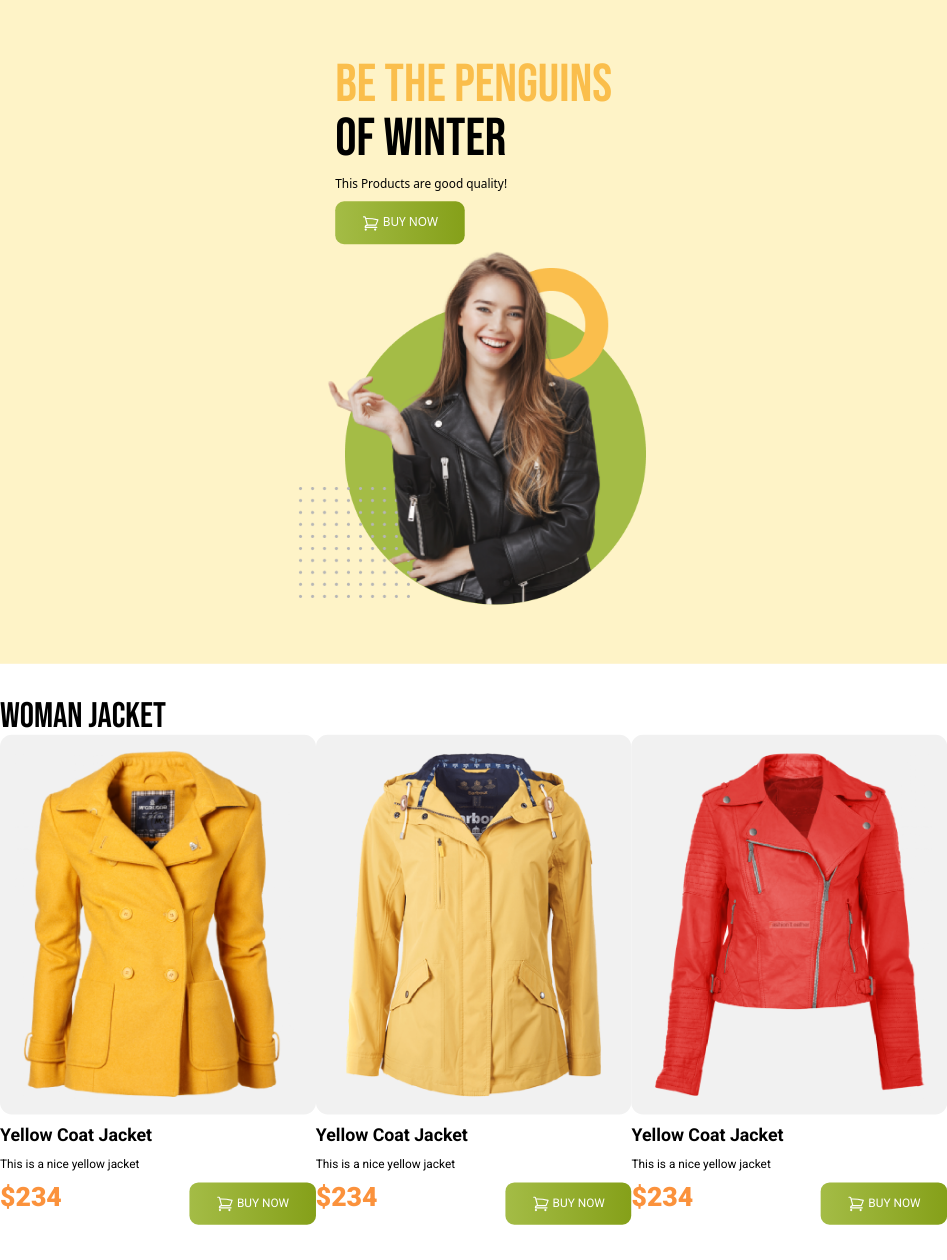
Repository: SyeadaSakina/Penguins-fashion
Page: index.html
The author's editor kept a copy of each file at every save. The page is drawn from the files as they stood at one save, then again after the next save.
The browser window is 1280 px wide. The pictures show the whole page, at 74% of full size.
Some web libraries are served in a nearby version.

Above is the page before, as saved 2023-07-22 14:58:02.

### index.html
<!DOCTYPE html>
<html lang="en">

<head>
    <meta charset="UTF-8">
    <meta name="viewport" content="width=device-width, initial-scale=1.0">
    <title>Penguin Fashion</title>
    <script src="https://cdn.tailwindcss.com"></script>
    <!-- Bebas nue -->
    <link rel="preconnect" href="https://fonts.googleapis.com">
    <link rel="preconnect" href="https://fonts.gstatic.com" crossorigin>
    <link href="https://fonts.googleapis.com/css2?family=Bebas+Neue&display=swap" rel="stylesheet">
    <!-- Roboto -->
    <link rel="preconnect" href="https://fonts.googleapis.com">
    <link rel="preconnect" href="https://fonts.gstatic.com" crossorigin>
    <link href="https://fonts.googleapis.com/css2?family=Roboto:wght@400;700;900&display=swap" rel="stylesheet">
    <style>
        .font-bebas {
            font-family: 'Bebas Neue', sans-serif;
        }

        .font-roboto {
            font-family: 'Roboto', sans-serif;
        }
    </style>
</head>

<body>
    <header class="bg-amber-100 px-32 py-4 md:py-20">
        <!-- nav section -->
        <nav>

        </nav>

        <!-- banner section -->
        <div class="flex flex-col md:flex:row justify-between items-center">
            <div class="space-y-3">
                <h1 class="text-7xl uppercase font-bebas"> <span class="text-[#FABE4C]">Be the Penguins</span>
                    <br> of Winter
                </h1>
                <p>
                    This Products are good quality!
                </p>
                <button
                    class="py-4 px-9 bg-gradient-to-r from-[#A4BC46] to-[#85A019] rounded-xl uppercase text-white font-medium">
                    <svg xmlns="http://www.w3.org/2000/svg" fill="none" viewBox="0 0 24 24" stroke-width="1.5"
                        stroke="currentColor" class="w-6 h-6 inline">
                        <path stroke-linecap="round" stroke-linejoin="round"
                            d="M2.25 3h1.386c.51 0 .955.343 1.087.835l.383 1.437M7.5 14.25a3 3 0 00-3 3h15.75m-12.75-3h11.218c1.121-2.3 2.1-4.684 2.924-7.138a60.114 60.114 0 00-16.536-1.84M7.5 14.25L5.106 5.272M6 20.25a.75.75 0 11-1.5 0 .75.75 0 011.5 0zm12.75 0a.75.75 0 11-1.5 0 .75.75 0 011.5 0z" />
                    </svg>
                    Buy Now</button>
            </div>
            <div>
                <img src="images/model.png" alt="Image of a model">
            </div>
        </div>

    </header>
    <main class="max-w-7xl mx-auto">
        <!-- woman jacket sect -->
        <section class="py-12">
            <h3 class="text-5xl font-bebas">Woman Jacket</h3>

            <!-- jackets container -->
            <div class="grid grid-cols-3 font-roboto">
                <!-- jacket 1 -->
                <div class="space-y-3">
                    <div class="bg-[#F1F1F1] p-5 rounded-2xl">
                        <img src="images/jacket-1.png" alt="Image Jacket 1">
                    </div>
                    <h4 class="text-2xl font-bold">Yellow Coat Jacket</h4>
                    <p>
                        This is a nice yellow jacket
                    </p>
                    <div class="flex justify-between">
                        <h3 class="text-4xl font-black text-orange-400">$234</h3>
                        <button
                            class="py-4 px-9 bg-gradient-to-r from-[#A4BC46] to-[#85A019] rounded-xl uppercase text-white font-medium">
                            <svg xmlns="http://www.w3.org/2000/svg" fill="none" viewBox="0 0 24 24" stroke-width="1.5"
                                stroke="currentColor" class="w-6 h-6 inline">
                                <path stroke-linecap="round" stroke-linejoin="round"
                                    d="M2.25 3h1.386c.51 0 .955.343 1.087.835l.383 1.437M7.5 14.25a3 3 0 00-3 3h15.75m-12.75-3h11.218c1.121-2.3 2.1-4.684 2.924-7.138a60.114 60.114 0 00-16.536-1.84M7.5 14.25L5.106 5.272M6 20.25a.75.75 0 11-1.5 0 .75.75 0 011.5 0zm12.75 0a.75.75 0 11-1.5 0 .75.75 0 011.5 0z" />
                            </svg>
                            Buy Now</button>
                    </div>
                </div>
                <!-- jacket 2 -->
                <div class="space-y-3">
                    <div class="bg-[#F1F1F1] p-5 rounded-2xl">
                        <img src="images/jacket-2.png" alt="Image Jacket 1">
                    </div>
                    <h4 class="text-2xl font-bold">Yellow Coat Jacket</h4>
                    <p>
                        This is a nice yellow jacket
                    </p>
                    <div class="flex justify-between">
                        <h3 class="text-4xl font-black text-orange-400">$234</h3>
                        <button
                            class="py-4 px-9 bg-gradient-to-r from-[#A4BC46] to-[#85A019] rounded-xl uppercase text-white font-medium">
                            <svg xmlns="http://www.w3.org/2000/svg" fill="none" viewBox="0 0 24 24" stroke-width="1.5"
                                stroke="currentColor" class="w-6 h-6 inline">
                                <path stroke-linecap="round" stroke-linejoin="round"
                                    d="M2.25 3h1.386c.51 0 .955.343 1.087.835l.383 1.437M7.5 14.25a3 3 0 00-3 3h15.75m-12.75-3h11.218c1.121-2.3 2.1-4.684 2.924-7.138a60.114 60.114 0 00-16.536-1.84M7.5 14.25L5.106 5.272M6 20.25a.75.75 0 11-1.5 0 .75.75 0 011.5 0zm12.75 0a.75.75 0 11-1.5 0 .75.75 0 011.5 0z" />
                            </svg>
                            Buy Now</button>
                    </div>
                </div>
                <!-- jacket 3 -->
                <div class="space-y-3">
                    <div class="bg-[#F1F1F1] p-5 rounded-2xl">
                        <img src="images/jacket-3.png" alt="Image Jacket 1">
                    </div>
                    <h4 class="text-2xl font-bold">Yellow Coat Jacket</h4>
                    <p>
                        This is a nice yellow jacket
                    </p>
                    <div class="flex justify-between">
                        <h3 class="text-4xl font-black text-orange-400">$234</h3>
                        <button
                            class="py-4 px-9 bg-gradient-to-r from-[#A4BC46] to-[#85A019] rounded-xl uppercase text-white font-medium">
                            <svg xmlns="http://www.w3.org/2000/svg" fill="none" viewBox="0 0 24 24" stroke-width="1.5"
                                stroke="currentColor" class="w-6 h-6 inline">
                                <path stroke-linecap="round" stroke-linejoin="round"
                                    d="M2.25 3h1.386c.51 0 .955.343 1.087.835l.383 1.437M7.5 14.25a3 3 0 00-3 3h15.75m-12.75-3h11.218c1.121-2.3 2.1-4.684 2.924-7.138a60.114 60.114 0 00-16.536-1.84M7.5 14.25L5.106 5.272M6 20.25a.75.75 0 11-1.5 0 .75.75 0 011.5 0zm12.75 0a.75.75 0 11-1.5 0 .75.75 0 011.5 0z" />
                            </svg>
                            Buy Now</button>
                    </div>
                </div>
            </div>
        </section>
    </main>
    <footer>

    </footer>
</body>

</html>

After the next save:
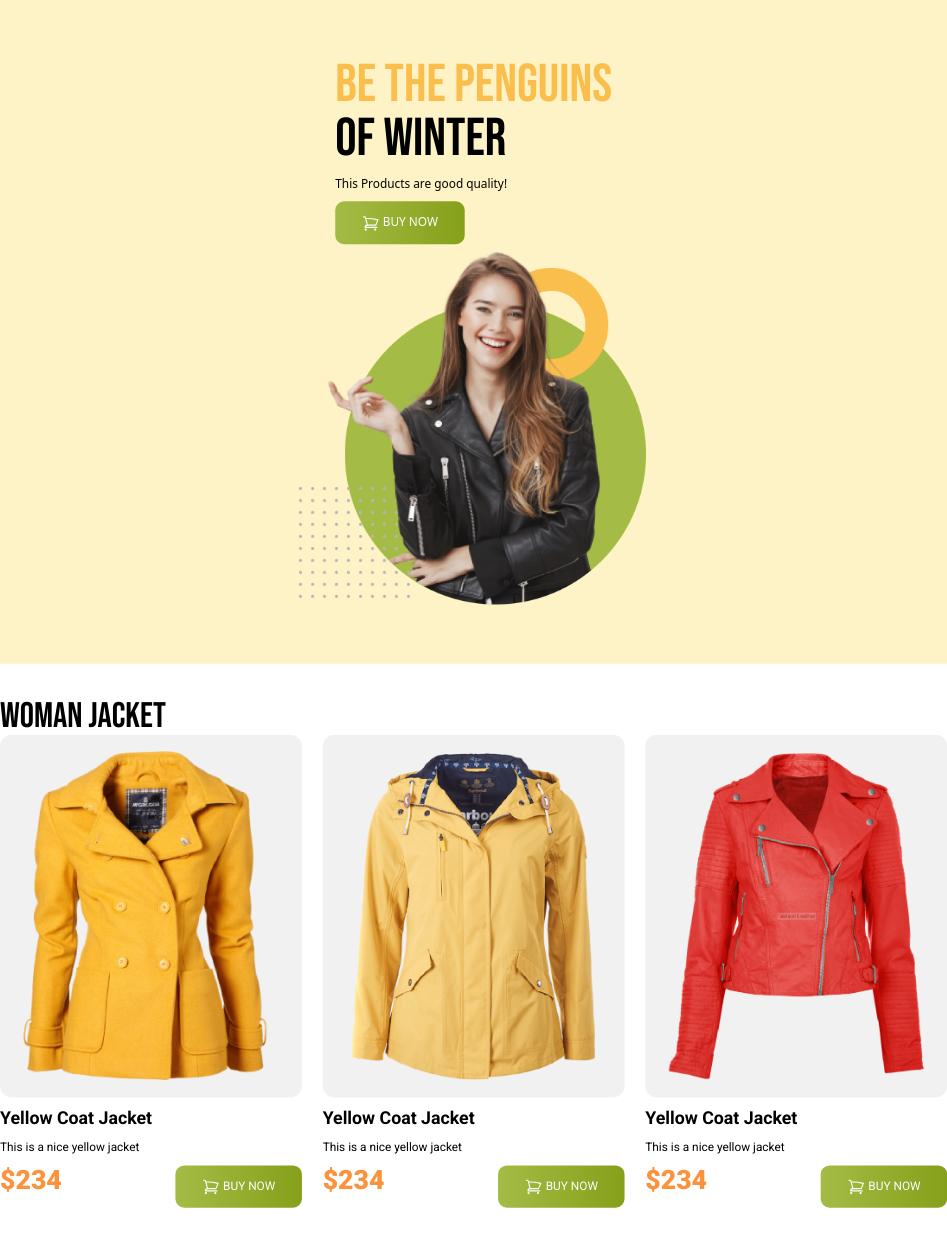
Saved 74 s later.
--- a/index.html
+++ b/index.html
@@ -62,7 +62,7 @@
             <h3 class="text-5xl font-bebas">Woman Jacket</h3>
 
             <!-- jackets container -->
-            <div class="grid grid-cols-3 font-roboto">
+            <div class="grid grid-cols-3 gap-7 font-roboto">
                 <!-- jacket 1 -->
                 <div class="space-y-3">
                     <div class="bg-[#F1F1F1] p-5 rounded-2xl">
